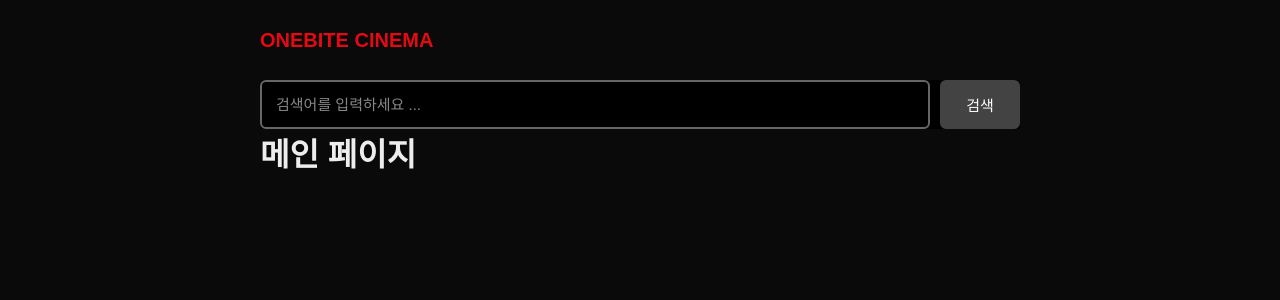
Repository: ParkSeokgyu/nextjs-study
Page: / (app in onebite-next-page-router/section02/)
An editor plug-in stored every save of this project. The page is shown before and after a run of saves, followed by the edit.
The browser window is 1280 px wide. The pictures show the whole page.
The project was rebuilt for these pictures with package versions that can differ from the ones it lists, and the page was loaded fresh each time. The framework's server and built-in components were replaced by stand-ins that run in the browser. Also part of the build but not shown: onebite-next-page-router/section02/next.config.mjs.

Above is the page before, as saved 2025-03-27 11:33:41.

### onebite-next-page-router/section02/src/pages/_app.tsx
import GlobalLayout from "@/components/global-layout";
import "@/styles/globals.css";
import { NextPage } from "next";
import type { AppProps } from "next/app";
import { ReactNode } from "react";

type NextPageWithLayout = NextPage & {
  getLayout?: (page: ReactNode) => ReactNode;
}

export default function App({
  Component,
  pageProps }
  : AppProps & {
    Component: NextPageWithLayout;
  }) {
  const getLayout =
  Component.getLayout ?? ((page: ReactNode) => page);

  return (
    <GlobalLayout>
      {getLayout(<Component {...pageProps} />)}
    </GlobalLayout>
  );
}

### onebite-next-page-router/section02/src/pages/index.tsx
import SearchableLayout from "@/components/searchable-layout";
import style from "./index.module.css"
import { ReactNode } from "react";

export default function Home() {
  return (
    <h1>메인 페이지</h1>
  );
}

Home.getLayout = (page: ReactNode) => {
  return <SearchableLayout>{page}</SearchableLayout>
}

### onebite-next-page-router/section02/src/components/global-layout.tsx
import Link from "next/link";
import { ReactNode } from "react";
import style from "./global-layout.module.css";

export default function GlobalLayout({ children }: { children: ReactNode }) {
  return (
    <div className={style.container}>
      <header className={style.header}>
        <Link href={"/"}>ONEBITE CINEMA</Link>
      </header>
      <main>{children}</main>
      {/* <footer>푸터</footer> */}
    </div>
  );
}

### onebite-next-page-router/section02/src/styles/globals.css
:root {
  --background: #ffffff;
  --foreground: #171717;
}

@media (prefers-color-scheme: dark) {
  :root {
    --background: #0a0a0a;
    --foreground: #ededed;
  }
}

html,
body {
  max-width: 100vw;
  overflow-x: hidden;
}

body {
  color: var(--foreground);
  background: var(--background);
  font-family: Arial, Helvetica, sans-serif;
  -webkit-font-smoothing: antialiased;
  -moz-osx-font-smoothing: grayscale;
}

* {
  box-sizing: border-box;
  padding: 0;
  margin: 0;
}

a {
  color: inherit;
  text-decoration: none;
}

@media (prefers-color-scheme: dark) {
  html {
    color-scheme: dark;
  }
}


/* 기본 다크모드 */

:root {
  --background: #0a0a0a;
  --foreground: #ededed;

}

### onebite-next-page-router/section02/src/components/searchable-layout.tsx
import { useRouter } from "next/router";
import React, { ReactNode, useEffect, useState } from "react";
// CSS 모듈 스타일을 불러옴
import style from './searchable-layout.module.css'

/**
 * 검색 기능을 제공하는 레이아웃 컴포넌트
 * - 검색어 상태 관리
 * - 엔터키/버튼 클릭 시 페이지 이동
 * - 기존 검색어 유지
 */
export default function SearchableLayout({
  children,
}: {
  children: ReactNode;
}) {
  // Next.js의 라우터 훅
  // 페이지 이동이나 query 파라미터를 확인/변경할 때 사용
  const router = useRouter();

  // 검색어 상태
  const [search, setSearch] = useState("");

  // 라우터의 query 파라미터 중 "q"를 추출
  // (예: /search?q=hello → q = "hello")
  const q = router.query.q as string;

  // 컴포넌트가 마운트되거나 q 값이 바뀔 때,
  // search 상태를 q로 동기화
  useEffect(() => {
    setSearch(q || "");
  }, [q]);

  /**
   * 인풋이 변경될 때 실행
   * - e.target.value를 search 상태에 저장
   */
  const onChangeSearch = (e: React.ChangeEvent<HTMLInputElement>) => {
    setSearch(e.target.value);
  };

  /**
   * 검색어 제출 시 실행
   * - 현재 search 상태와 기존 q가 같으면 아무것도 하지 않음
   * - 다르면 /search?q={search}로 라우팅
   */
  const onSubmit = () => {
    if (!search || q === search) return;
    router.push(`/search?q=${search}`);
  };

  /**
   * 인풋에서 엔터키를 누를 때 실행
   * - key가 'Enter'이면 onSubmit() 호출
   */
  const onKeyDown = (e: React.KeyboardEvent<HTMLInputElement>) => {
    if (e.key === 'Enter') {
      onSubmit();
    }
  };

  return (
    <div>
      {/* 검색창 컨테이너 (CSS 모듈 스타일 사용) */}
      <div className={style.searchbar_container}>
        <input
          value={search}
          onKeyDown={onKeyDown}
          onChange={onChangeSearch}
          placeholder="검색어를 입력하세요 ..."
        />
        <button onClick={onSubmit}>
          검색
        </button>
      </div>

      {/* 자식 컴포넌트 렌더링 영역 */}
      {children}
    </div>
  );
}

### onebite-next-page-router/section02/src/components/global-layout.module.css
.container {
  max-width: 800px;
  min-height: 100vh;
  margin: 0 auto;
  padding: 0 20px;
}

.header {
  font-size: 20px;
  line-height: 40px;
  font-weight: 600;
  color: rgb(229, 9, 20);
  padding: 20px 0;

}

### onebite-next-page-router/section02/src/components/searchable-layout.module.css
.searchbar_container {
  display: flex;
  align-items: center;
  background-color: #000; /* 배경색 어둡게 */
  margin-bottom: ;
}

.searchbar_container > input {
  flex: 1;
  padding: 14px;
  border-radius: 6px;
  border: 2px solid #666; /* 흐린 회색 테두리 */
  background-color: #000; /* 배경색 어두움 */
  color: white;
  font-size: 15px;
  outline: none;
}

.searchbar_container > input::placeholder {
  color: #888;
}

.searchbar_container > button {
  margin-left: 10px;
  width: 80px;
  padding: 14px 0;
  border-radius: 6px;
  border: none;
  background-color: #434343;
  color: white;
  font-size: 15px;
  cursor: pointer;
  transition: background-color 0.2s ease;
}

.searchbar_container > button:hover {
  background-color: #444;
}

Loaded but not shown: onebite-next-page-router/section02/src/pages/_document.tsx (common file)

After the next 4 saves:
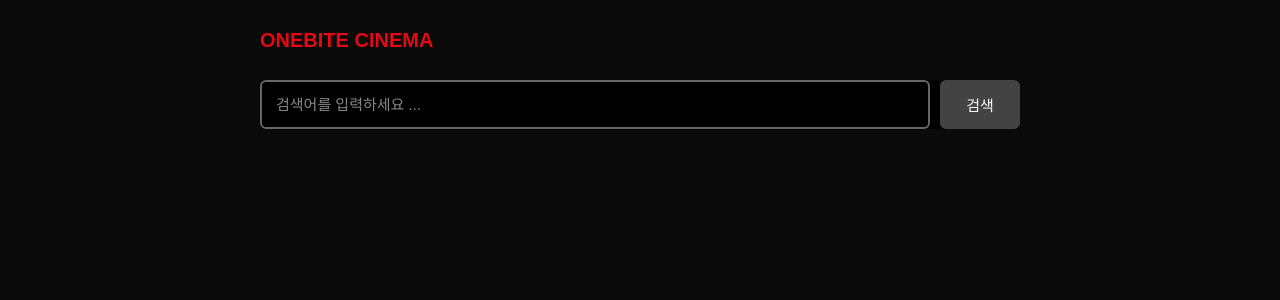
The 4 saves are shown as one change because they came seconds apart.
The last was saved 25 min 37 s later.
--- a/onebite-next-page-router/section02/src/pages/index.tsx
+++ b/onebite-next-page-router/section02/src/pages/index.tsx
@@ -4,7 +4,11 @@ import { ReactNode } from "react";
 
 export default function Home() {
   return (
-    <h1>메인 페이지</h1>
+    <h1>
+      <section>
+        <h3></h3>
+      </section>
+    </h1>
   );
 }
 
